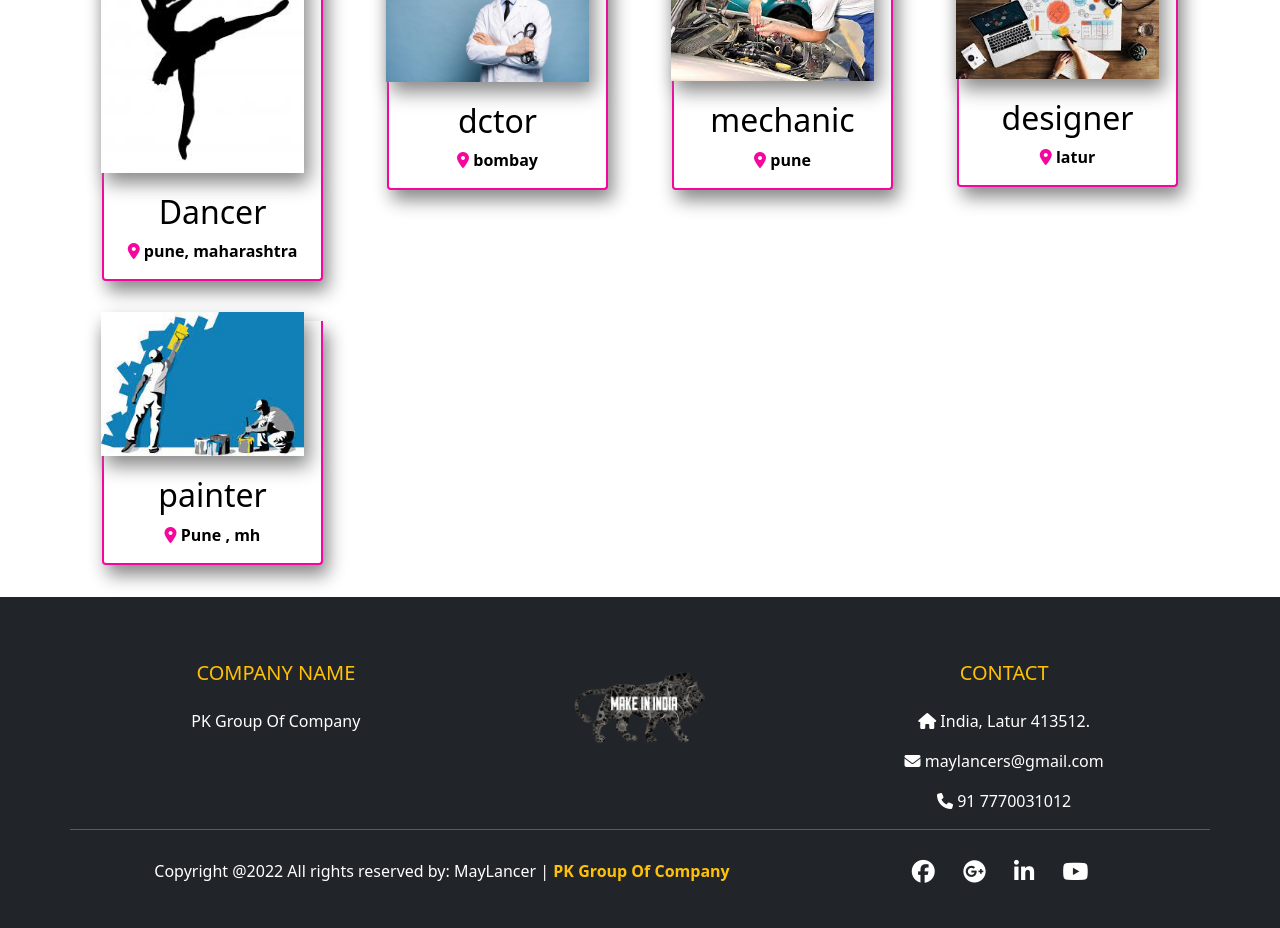
Repository: prathmesh2023/maylancers
Page: http://localhost/
The author's editor kept a copy of each file at every save. The page is drawn from the files as they stood at one save, then again after the next save.
The browser window is 1280 px wide. The pictures show the part of the page from y = 1120 to 2072 px (the page is 2048 px tall before and 2072 px after).
Some web fonts or font styles are not loaded; a fallback is used. Some web libraries are served in a nearby version. The page is served by the project's application, run on Django 3.2 (manage.py). Other server files are loaded and not shown. The page reads the database file committed with the project. Queries for data that is not in the repository find no rows.

Above is the page before, as saved 2022-02-16 14:51:05.

### templates/home.html
 {% extends "base.html" %} {% block title %} MayLancers {% endblock title %} {% load static %} {% block main %}
<div class="bgc" style=" background-image: url(' {% static 'img/2.gif' %} ');">

    <div class="searchbox container py-5">

        <h2 class="py-4 text-white text-center h1 jone">Find Work Or Workers For Every Field:</h2>

        <form action="/search" method="post" class="form">
            {% csrf_token %}
            <div class="input-group">

                <input required name="text" type="text" class="form-control" aria-label="Text input with dropdown button" placeholder="">
                <div class="input-group-append">
                    <button class="btn primary-bg bt text-white " type="submit"><span class="fa fa-search"> </span> Search</button>

                </div>
            </div>
        </form>


        <div class="container text-center text-white my-4 rounded-0 pj">
            {% comment %} <a href="post_job"><button class="btn primary-bg btn-lg"><span class="fa fa-edit" style=> </span> Post Job</button></a> {% endcomment %}



        </div>


    </div>


</div>
</div>



<!-- cards -->
<!-- <div class="container card_main ">
    <div class="row ">
        <div class="col-md-3 justify-content-center">

            <div class="card  m-0 p-0" style="border: solid 2px #f5069d ; border-top-right-radius: 0px; border-top-left-radius: 0px; border-top: none ;">
                <div class="card-body ">
                    <img src="{% static 'img/card/Painter.jpg' %} " class="img border-0 p-0">
                    <h2 style="margin-top:20px;">
                        Painter
                    </h2>
                    <p class="card-text"><b>Find Painters nearby you</b></p>
                    <a href="#" class="btn sub">  Find </a>
                </div>
            </div>

        </div>


        <div class="col-md-3">

            <div class="card  m-0 p-0" style="border: solid 2px #f5069d ; border-top-right-radius: 0px; border-top-left-radius: 0px; border-top: none ;">
                <div class="card-body ">
                    <img src="{% static 'img/card/mechanic.jpg' %} " class="img border-0 p-0">
                    <h2 style="margin-top:20px;">
                        Mechanic
                    </h2>
                    <p class="card-text"><b>Find Mechanics nearby you</b></p>
                    <a href="#" class="btn sub"> Find </a>
                </div>
            </div>

        </div>



        <div class="col-md-3">

            <div class="card  m-0 p-0" style="border: solid 2px #f5069d ; border-top-right-radius: 0px; border-top-left-radius: 0px; border-top: none ;">
                <div class="card-body ">
                    <img src="{% static 'img/card/designer1.jpg' %} " class="img border-0 p-0">
                    <h2 style="margin-top:20px;">
                        Designer
                    </h2>
                    <p class="card-text"><b>Find Designer nearby you</b></p>
                    <a href="#" class="btn sub"> Find </a>
                </div>
            </div>

        </div>


        <div class="col-md-3">

            <div class="card  m-0 p-0" style="border: solid 2px #f5069d ; border-top-right-radius: 0px; border-top-left-radius: 0px; border-top: none ;">
                <div class="card-body ">
                    <img src="{% static 'img/card/doctor.jpg' %}" class="img border-0 p-0">
                    <h2 style="margin-top:20px;">
                        Doctor
                    </h2>
                    <p class="card-text"><b>Find Doctors nearby you</b></p>
                    <a href="#" class="btn sub"> Find </a>
                </div>
            </div>

        </div>
    </div>
</div> -->

<div class="container-fluid card-main "style=" background: white;">
 <div class="row">


    <div class="col-md-3 text-center  boxed text-white" style="background-color: #ff3001c7; ">
       <a href="/jobs"> <h4 class="h4 my-2"> Hire Freelancer <span class="mx-3 fa fa-arrow-right fa-sm"> </span></h4></a>

    </div>

    <div class="col-md-3 text-center  boxed " style="background-color: white;">
        <a href="/profile"> <h4 class="h4 my-2" style="color: blue;"> Work as Freelancer <span class="mx-3 fa fa-arrow-right fa-sm"> </span></h4></a>

    </div>

    <div class="col-md-3 text-center  boxed text-white" style="background-color: green; ">
        <a href="/post_job"> <h4 class="h4 my-2"> Post a Job <span class="mx-3 fa fa-arrow-right fa-sm"> </span></h4>
</a>
    </div>

    <div class="col-md-3 text-center  boxed text-white" style="background-color: #41464b; ">
        <a href="categories"><h4 class="h4 my-2"> All Categories <span class="mx-3 fa fa-arrow-right fa-sm"> </span></h4>
</a>
    </div>

 </div>

</div>

<style >
    .boxed{
        height: 55px;
        font-family: 'Jockey One';
        padding: 3px;
    }
    a{
        text-decoration: none;
        color: white;
    }
</style>

<!--
<div class="container card_main ">

    <div class="row">
        {% for h in cat %} {% if forloop.counter0|divisibleby:4 %}
    </div><br>
    <div class="row">
        {% endif %}
        <div class="col-md-3 text-center my-2">
            <a href="/category/{{h.title}}" style="text-decoration: none; color:black">
                <div class="card  " style="border: solid 2px #f5069d ; border-top-right-radius: 0px; border-top-left-radius: 0px; border-top: none ;">
                    <div class="card-body ">
                        <img src="{{h.thumbnail.url}} " class="img border-0 p-0">
                        <h2 style="margin-top:20px;">
                            {{h.title}}
                        </h2>
                        <p class="card-text"><b><span class="fa fa-map-marker" style="color:#f5069d"> </span>  {{h.location}}</b></p>

                    </div>
                </div>
            </a>
        </div>
        {% endfor %}
    </div>
</div> -->

<br>

<div class="container text-center">
    <h2 style=" font-family:Concert One';"> How does freelancing work?</h2>
</div>

<div class="container text-center" style="box-shadow: 5px 5px 8px 5px #888888; padding: 25px; font-size: smaller;">
    <p class="list-inline">
        Freelancers accept payment in return for providing some sort of service. That agreement is generally part-time or short term.
        <br>

       For example, if I hired a photographer to take new headshots for me, I could pay a freelancer for that session and that would be the end of it.
       <br>
     Sometimes people pay freelancers to work a set number of hours per week or per month. That arrangement is often referred to as a “retainer.”
     <br>

    A retainer refers to when you retain the services or right to someone’s time. A lot of legal professionals work on retainer. Every month, they bill
    <br>
        a set amount of time to the client, regardless of whether that full time is used or not.
        A retainer refers to when you retain the services or right to someone’s time. A lot of legal professionals work on retainer. Every month, they bill a set amount of time to the client, regardless of

</p>
</div>

<div class="container text-center my-4">
    <h2 style=" font-family:Concert One';"> Recently Added Posts</h2>
</div>


<div class="container rpost">

    <div class="container">
        <div class="col-4">

        </div>
        <div class="col-4">

        </div>

    </div>


    <div class="container my-4  ">

        {% for i in post %}
        <div class="row my-3" style="box-shadow: 5px 5px 8px 5px #888888; padding: 25px;">
            <div class="col imgcol">
                <img src="{{i.thumb.url}}" class="rounded float-left " alt="...">

            </div>
            <div class="col-6">
                <h2>{{i.title}}</h2>
                <p>{{i.desc}}</p>

                <p><span class="fa fa-user"> </span> {{i.user}}</p>
                <button class="btn btn-secondary btn-sm">{{i.cat}}</button>
            </div>
            <div class="col">
                <b><p><span class="fa fa-map-marker"> </span> {{i.loc}}</p></b>

                <b>Amount:</b>
                <br>

                <b>From : Rs. {{i.afrom}} /-</b>
                <br>
                <b>To : Rs. {{i.ato}} /-</b> {% if i.done is True %}

               <button class="btn btn-danger rounded-0 w-100 my-3"> Closed</button>
                {% else %}
                <a href="apply/{{i.title}}/{{i.id}}"> <button class="btn primary-bg text-white rounded-0 w-100 my-3"> Apply</button></a>
                {% endif %}


            </div>
        </div>
        {% endfor %}

    </div>

</div>


<div class="container  mpost ">

{% for i in post %}
<div class="row my-3" style="box-shadow: 5px 5px 8px 5px #888888; padding: 25px;">

    <div class="card-body">

         <img src="{{i.thumb.url}}" class="rounded " alt="thumbnail" style="width: 100%; height: 170px;">
         <h2>{{i.title}}</h2>
         <p>{{i.desc}}</p>
        <div class="row">
            <div class="col">
                         <p><span class="fa fa-user"> </span> {{i.user}}</p>

         <p><span class="fa fa-map-marker"> </span> {{i.loc}}</p>
          <button class="btn btn-secondary btn-sm p-0 p-0" style="margin-top: -8px;">{{i.cat}}</button>



            </div>
            <div class="col">
                                <b>Amount:</b>
                <br>

                <p>From : Rs. {{i.afrom}} /-</p>

                <p>To : Rs. {{i.ato}} /-</p>

            </div>
        </div>


    </div>

    <div class="card-footer">
     {% if i.done is True %}

               <button class="btn btn-danger  rounded-0  w-100 my-3"> Closed</button>
                {% else %}
                <a href="apply/{{i.title}}/{{i.id}}"> <button class="btn primary-bg text-white rounded-0 w-100 my-3"> Apply</button></a>
                {% endif %}
    </div>

</div>

{% endfor %}

</div>

<p class="text-center"><a href="/jobs" style="color: blue;"> See More... </a></p>

<br>


<div class="container text-center my-2">
    <h2 style=" font-family:Concert One';"> All Categories</h2>
</div>


<!-- cards -->

<div class="container card_main " style="margin-top:0px">

    <div class="row">
        {% for h in cat %} {% if forloop.counter0|divisibleby:4 %}
    </div><br>
    <div class="row">
        {% endif %}
        <div class="col-md-3 text-center my-2">
            <a href="/category/{{h.title}}" style="text-decoration: none; color:black">
                <div class="card  " style="border: solid 2px #f5069d ; border-top-right-radius: 0px; border-top-left-radius: 0px; border-top: none ;">
                    <div class="card-body ">
                        <img src="{{h.thumbnail.url}} " class="img border-0 p-0">
                        <h2 style="margin-top:20px;">
                            {{h.title}}
                        </h2>
                        <p class="card-text"><b><span class="fa fa-map-marker" style="color:#f5069d"> </span> {{h.location}}</b></p>

                    </div>
                </div>
            </a>
        </div>
        {% endfor %}
    </div>
</div>

<br>


<style>

    .card_main {
    margin-top: 40px;
}

    .mpost{
        display: none;
    }

     @media  screen and (max-width: 900px) {
       .mpost{
        display: block;
    }
    .rpost{
        display: none;
    }
    }
    .rpost img {
        max-width: 90%;
    }

    @media  screen and (max-width: 900px) {
        .imgcol {
            display: none;
        }
    }
</style>




{% endblock main %}

### app1/models.py
from django.db import models

# Create your models here.
from django.contrib.auth.models import User

class profile(models.Model):
    user = models.OneToOneField(User, on_delete=models.CASCADE)
    about = models.CharField(max_length=100)
    dp = models.ImageField('dp', upload_to="app1/img/dp")


class category(models.Model):
    title = models.CharField(max_length=200)
    location = models.CharField(max_length=200)
    thumbnail = models.ImageField('thumbnail', upload_to="app1/img/category")
    desc = models.TextField()


    def __str__(self):
        return self.title


class post(models.Model):

    title = models.CharField(max_length=200)
    loc = models.CharField(max_length=200)
    desc = models.TextField()
    cat = models.CharField(max_length=200)
    thumb = models.ImageField('thumb', upload_to="app1/img/post/thumb")
    afrom = models.IntegerField()
    ato = models.IntegerField()
    user = models.CharField(max_length=200,default="def")
    done = models.BooleanField(default=False)

    def __str__(self):
        return self.title


class proposal(models.Model):

    post = models.ForeignKey("post",  on_delete=models.CASCADE ,default=1)

    text = models.TextField()

    mob = models.CharField(max_length=150)

    user = models.CharField(max_length=150)



    def __str__(self):
        return self.user

### app1/views.py
from cgitb import text
from django.shortcuts import render,HttpResponse,redirect
from django.contrib.auth.models import User,auth
from django.contrib.auth.decorators import login_required
from .models import User,profile,category,post
from django.db.models import Q




# Create your views here.

def home(request):

    from .models import category,profile,post
    cat = category.objects.all().order_by('-id')

    from .models import post

    post = post.objects.all().order_by('-id')[:50]

    data= {
        'cat':cat,
        'post':post,
    }


    return render(request, "home.html", data)


def login(request):

    if request.method == 'POST':
        uname = request.POST.get('uname')
        pwd = request.POST.get('pwd')

        user = auth.authenticate(username=uname, password=pwd)

        if user is not None:
            auth.login(request, user)
            return redirect('/profile')
        else:
            return HttpResponse("uname , password invalid ")


    return render(request, "login.html")




def logout(request):
    auth.logout(request)

    return redirect('/')


def profile(request):

    if request.user.is_authenticated:

        from .models import User,profile,post

        post = post.objects.filter(user=request.user.username)


        data ={

            'post':post,
        }

        return render(request, "profile.html", data)
    else:
        return redirect("/login")


def register(request):

    if request.method == "POST":
        uname = request.POST.get('uname')
        email = request.POST.get('email')
        pwd = request.POST.get('pwd')
        fname = request.POST.get('fname')
        lname = request.POST.get('lname')


        # u = User(password=pwd, username=uname, email=email,first_name=fname, last_name=lname)

        User.objects.create_user(password=pwd, username=uname, email=email,first_name=fname, last_name=lname)


        return redirect('/profile')
    else:
        HttpResponse("faield")

    return render(request, "register.html")


def post_job(request):

    from .models import category

    cat = category.objects.all().order_by('-id')


    data={
        "cat":cat,
    }

    if request.method == 'POST':

        wtitle = request.POST.get('wtitle')
        loc = request.POST.get('loc')
        desc = request.POST.get('desc')
        cat = request.POST.get('cat')
        thumb = request.FILES['file']
        afrom = request.POST.get('afrom')
        ato = request.POST.get('ato')
        username = request.POST.get('username')
        from .models import post

        job = post(title=wtitle, loc=loc, desc=desc, cat=cat, thumb=thumb, afrom=afrom, ato=ato,user=username)

        job.save()

        return redirect('/')

    if request.user.is_authenticated:


        return render(request, "postjob.html", data)
    else:
        return redirect('/login')



def apply(request, title, id):

    if request.user.is_authenticated:

        from .models import post

        post = post.objects.all().filter(title=title,id=id)[0]

        data = {
            'post':post,
        }


        return render(request, "apply.html",data)
    else:
        return redirect('/login')

def proposal(request):

    if request.method == 'POST':
        text = request.POST.get('text')
        username = request.POST.get('username')
        post_id = request.POST.get('post_id')
        mobile = request.POST.get('mobile')

        from .models import proposal,post

        p = proposal(text=text,user=username,post_id=post_id,mob=mobile)

        p.save()

    return redirect('/success')


def category(request,title):

    from .models import post

    posts = post.objects.filter(cat=title).order_by('-id')
    title = title

    return render(request, "category.html", {'posts':posts ,'title':title })


def search(request):

    if request.method == 'POST':

        text = request.POST.get('text')

        from .models import post

        posts = post.objects.filter(Q(title__icontains=text) | Q(loc__icontains=text ) | Q(desc__icontains=text ) | Q(cat__icontains=text ) | Q(afrom__icontains=text ) | Q(ato__icontains=text ) | Q(user__icontains=text )).order_by('-id')

        data = {
            'posts':posts,
            'text':text,
        }

        return render(request, "search.html", data)

    return HttpResponse("no query")


def categories(request):

    from .models import category

    cat = category.objects.all().order_by('-id')

    data = {
        'cat': cat,
    }


    return render(request, "categories.html", data)



def jobs(request):

    from .models import post

    post = post.objects.all().order_by('-id')

    return render(request, "jobs.html", {'post': post,})


def success(request):

    return render(request, "success.html")

### maylancer/urls.py
"""maylancer URL Configuration

The `urlpatterns` list routes URLs to views. For more information please see:
    https://docs.djangoproject.com/en/3.2/topics/http/urls/
Examples:
Function views
    1. Add an import:  from my_app import views
    2. Add a URL to urlpatterns:  path('', views.home, name='home')
Class-based views
    1. Add an import:  from other_app.views import Home
    2. Add a URL to urlpatterns:  path('', Home.as_view(), name='home')
Including another URLconf
    1. Import the include() function: from django.urls import include, path
    2. Add a URL to urlpatterns:  path('blog/', include('blog.urls'))
"""
from django.contrib import admin
from django.urls import path,include

urlpatterns = [
    path('admin/', admin.site.urls),
    path('',include('app1.urls'))
]

### app1/urls.py
from django.contrib import admin
from django.urls import path
from app1 import views

from django.conf import settings
from django.conf.urls.static import static

urlpatterns = [
    path("", views.home , name="home"),
    path("login", views.login, name="login"),
    path("logout", views.logout,name="logout"),
    path("profile", views.profile, name="profile"),
    path("register", views.register, name="register"),
    path("post_job", views.post_job, name="post_job"),
    path("apply/<str:title>/<int:id>", views.apply, name="apply"),
    path("proposal", views.proposal, name="proposal"),
    path("category/<str:title>", views.category, name="category"),
    path("search", views.search,name="search"),
    path("categories", views.categories, name="categories"),
    path('jobs', views.jobs, name="jobs"),

    path("success", views.success, name="success"),


]+ static(settings.MEDIA_URL, document_root=settings.MEDIA_ROOT)

### static/css/main.css
.primary-bg {
    background-color: rgb(255, 78, 166);
}

.brand {
    max-width: 100px;
    max-height: 39px;
    margin-top: -14px;
}

.bg-white {
    background: white;
}

a u {
    text-decoration: none;
}

.nav-item {
    font-size: large;
    font-family: 'Concert One';
    font-size: 22px;
    padding: 10px;
}

.in {
    margin-top: 50px;
}

.bgc {
    background-color: black;
    background-repeat: no-repeat;
    background-size: 100%;
    width: 100%;
    height: 400px;
}


/* fonts */

.jone {
    font-family: 'Jockey One';
}

.Courgette {
    font-family: 'Courgette';
}

.searchbox {}

.searchbox input {
    border-radius: 0%;
    height: 50px;
    background-color: #ffffffd9;
}

.bt {
    border-radius: 0%;
    height: 50px;
    font-family: Archivo Narrow;
    font-size: 20px;
}

.di {
    color: white;
    border-radius: 0%;
}


/* cards */


/* .sub {
    background: #f5069d;
    color: white;
}

.img-thumbnail {
    padding: 0px;
}

.img {
    margin-left: -31px;
    width: 120%;
    height: 180px;
    border-style: solid;
    border-size: px;
    padding: 10px;
    box-shadow: 5px 10px 18px #888888;
    margin-top: -25px;
}

.card {
    box-shadow: 5px 10px 18px #888888;
}
*/

.card_main {
    margin-top: -100px;
}

.sub {
    background: #f5069d;
    color: white;
}

.img-thumbnail {
    padding: 0px;
}

.img {
    margin-left: -20px;
    width: 110%;
    height: auto;
    border-style: solid;
    border-size: 1px;
    box-shadow: 5px 10px 18px #888888;
    margin-top: -25px;
}

.card {
    box-shadow: 5px 10px 18px #888888;
    margin-left: 20px;
    margin-right: 20px;
    text-decoration: none;
}

.card a {
    text-decoration: none;
}

.card:hover {
    color: #f5069d;
}

@media only screen and (max-width: 900px) {
    .img {}
    .card {
        margin-left: 50px;
        margin-right: 50px;
    }
}

.pj button {
    border-radius: 0px;
    color: white;
    font-family: Barlow Condensed;
    font-size: x-large;
    font-style: solid;
}

.nvm {
    height: 40px;
    margin-top: -10px;
    background-color: #000000cc;
}

@media only screen and (max-width: 900px) {
    .nvm {
        height: 45px;
        margin-top: -10px;
        background-color: #000000cc;
    }
}

.mnbt {
    display: none;
}

@media only screen and (max-width: 900px) {
    .mnbt {
        display: block;
    }
    .navbar-brand {
        justify-content: center;
        margin-left: 20%;
    }
}


/*  */

### db.sqlite3 (the tables this page reads, as SQL)
CREATE TABLE "app1_category" ("id" integer NOT NULL PRIMARY KEY AUTOINCREMENT, "title" varchar(200) NOT NULL, "location" varchar(200) NOT NULL, "desc" text NOT NULL, "thumbnail" varchar(100) NULL);
INSERT INTO "app1_category" VALUES
(1, 'painter', 'Pune , mh', 'painter', 'app1/img/category/painter_LAaJ8Te.jpg'),
(2, 'designer', 'latur', 'designer', 'app1/img/category/designer1.jpg'),
(3, 'mechanic', 'pune', 'mechanic', 'app1/img/category/mechanic.jpg'),
(4, 'dctor', 'bombay', 'dector', 'app1/img/category/doctor.jpg'),
(6, 'Dancer', 'pune, maharashtra', 'I want a Bar dancer', 'app1/img/category/download.jpg');

Loaded but not shown: static/bootstrap-5/css/bootstrap.min.css (library); templates/base.html (422 lines, source omitted)

After the next save:
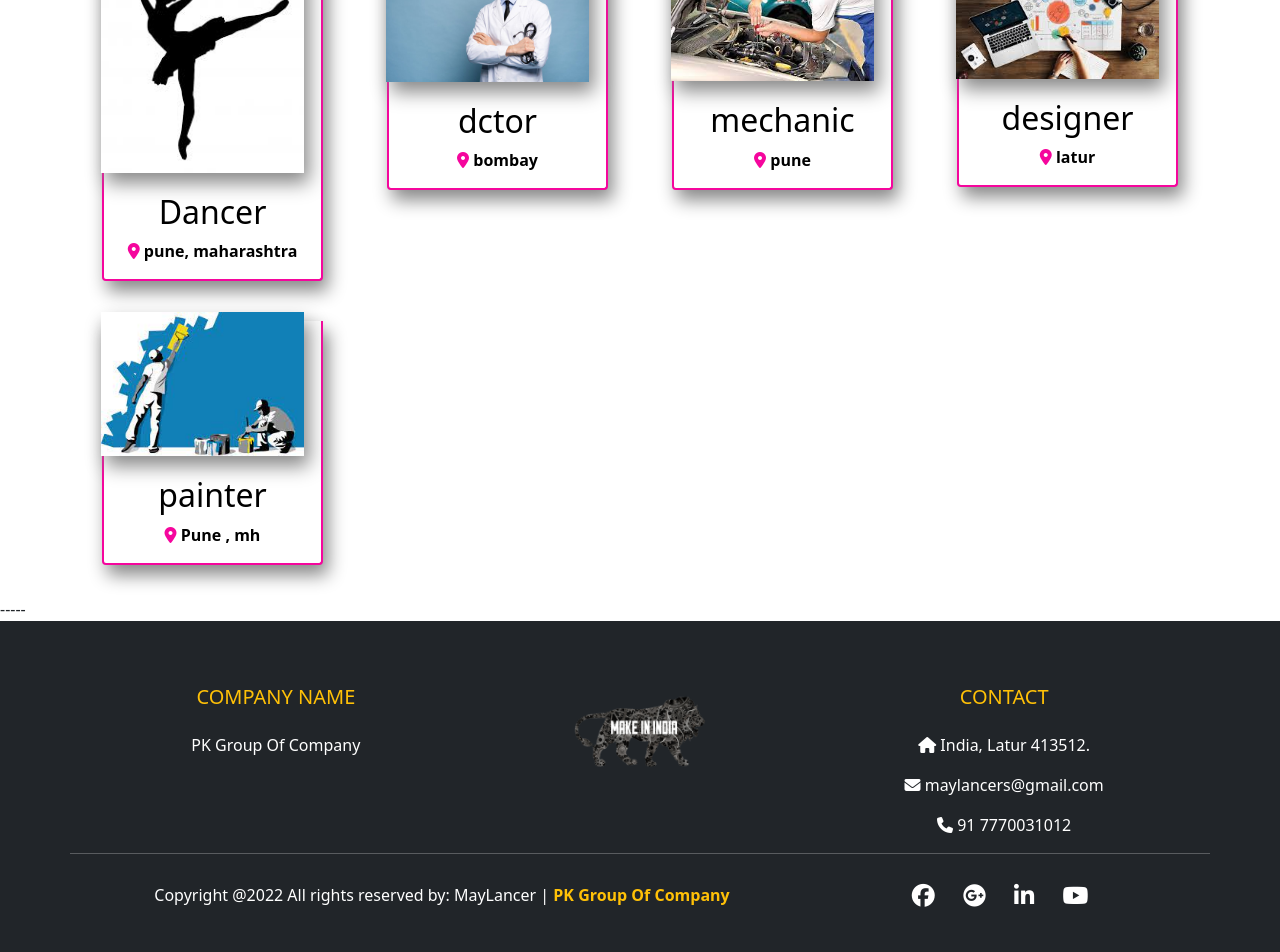
Saved 30 s later.
--- a/templates/home.html
+++ b/templates/home.html
@@ -340,6 +340,9 @@
 <br>
 
 
+
+-----
+
 <style>
 
     .card_main {
